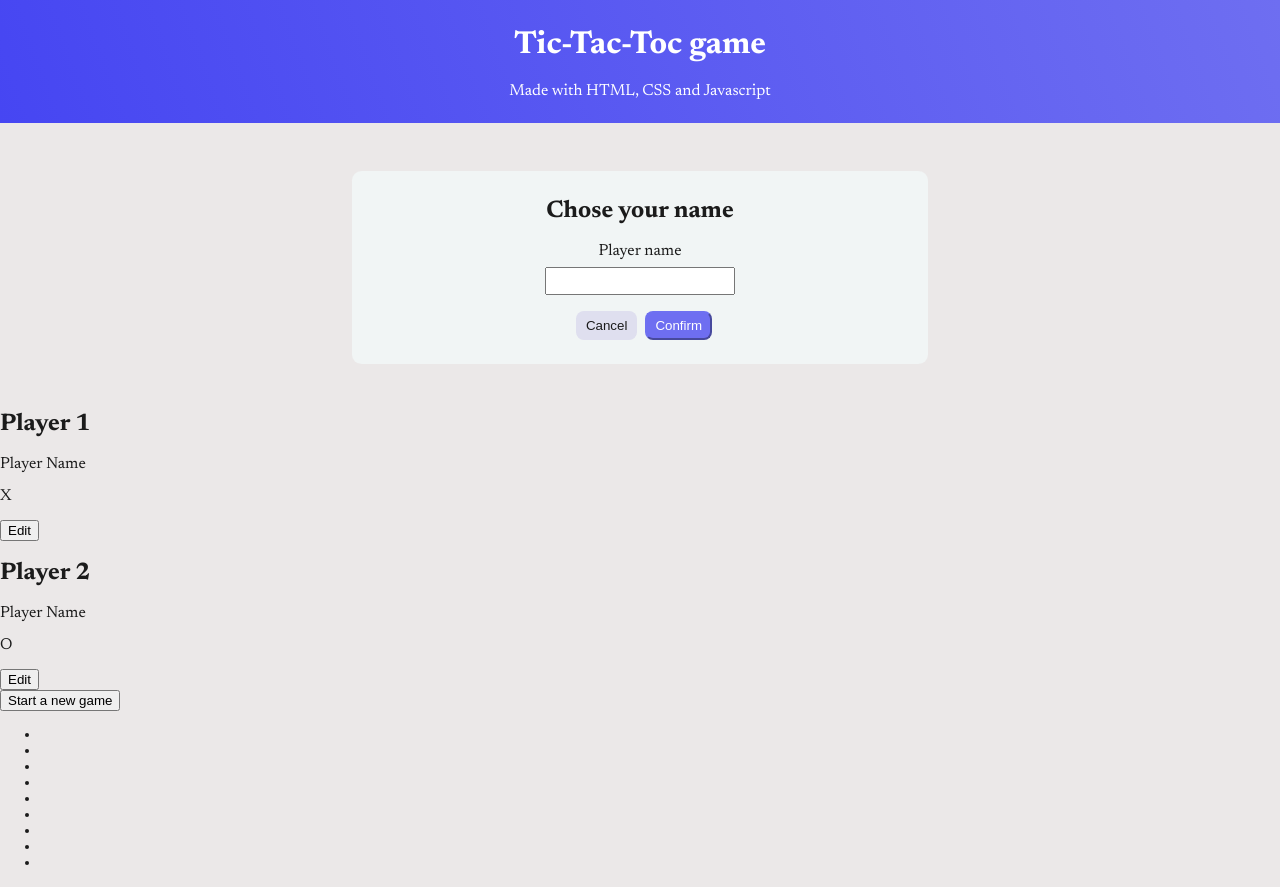
Repository: MicTomm/Tic-tac-toe-game
Page: index.html
The author's editor kept a copy of each file at every save. The page is drawn from the files as they stood at one save, then again after the next save.
The browser window is 1280 px wide. The pictures show the whole page.

Above is the page before, as saved 2023-06-22 23:54:32.
Not found: js-code

After the next save:
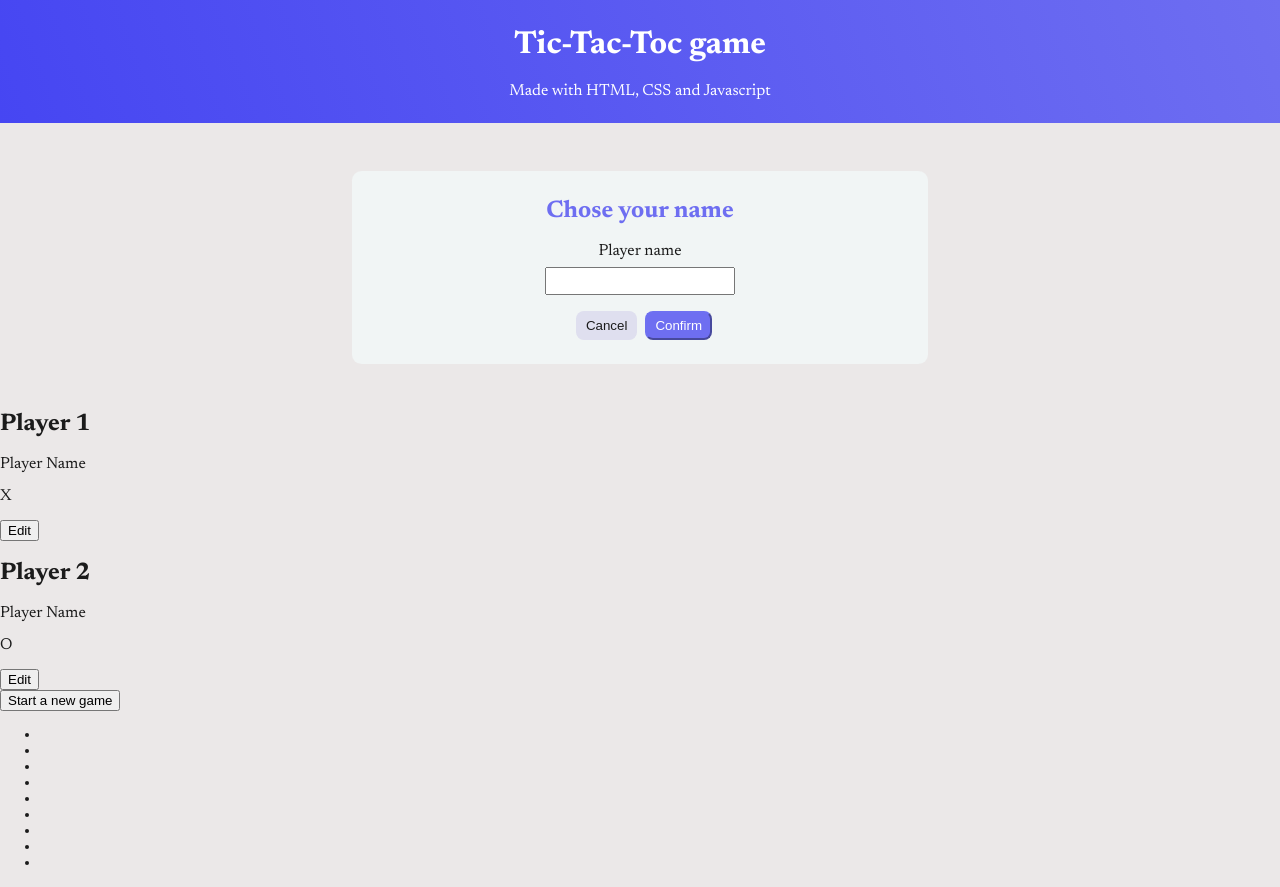
Saved 19 s later.
--- a/styles.css
+++ b/styles.css
@@ -51,7 +51,7 @@ form{
     flex-flow: column;
 }
 
-#aside-header h2{
+aside h2{
     color: rgb(110, 110, 241);
 }
 
